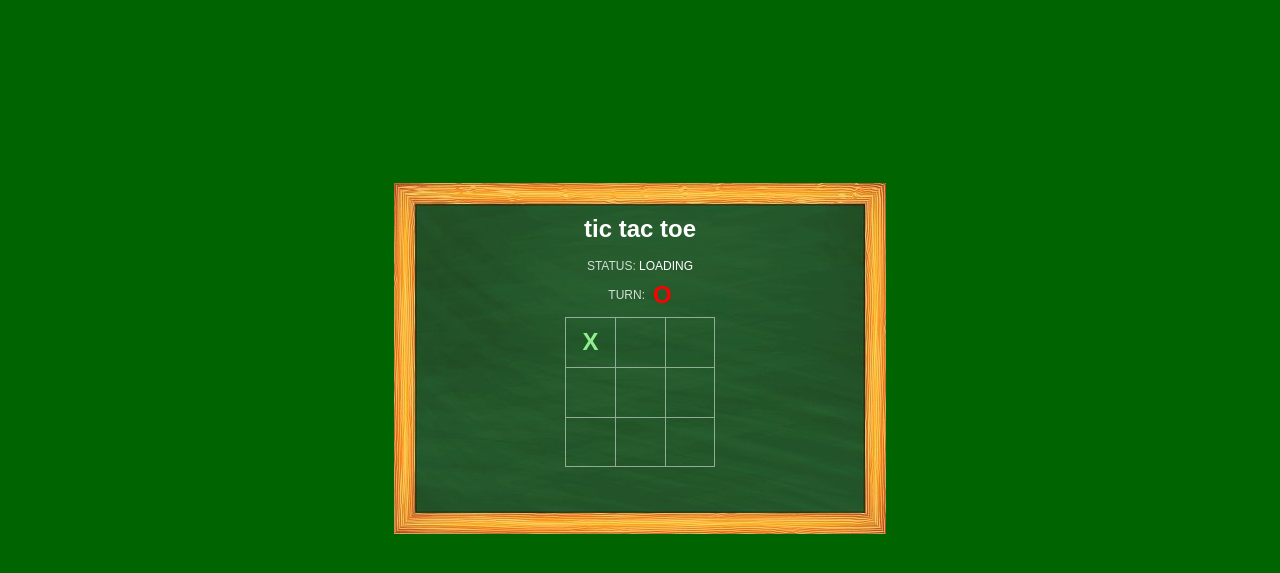
Repository: khuong30082000/tic-tac-toe-js
Page: index.html
These files come from the project's save history. The page is drawn as it stood at one moment and after the next save; the edit follows.
The browser window is 1280 px wide. The pictures show the whole page.
After loading, the first visible `li` was clicked once.

Above is the page before, as saved 2022-05-21 14:48:46.

### index.html
<!DOCTYPE html>
<html lang="en">

<head>
  <meta charset="UTF-8" />
  <meta name="viewport" content="width=device-width, initial-scale=1.0" />
  <meta http-equiv="X-UA-Compatible" content="ie=edge" />
  <title>tic tac toe game | Easy Frontend</title>

  <link rel="stylesheet" href="css/style.css" />
</head>

<body>
  <section class="game-page">
    <div class="game">
      <div class="chalk-board">
        <img src="images/chalk-board-bg.jpg" alt="Chalk board" />
      </div>

      <div class="overlay-content">
        <h1>tic tac toe</h1>

        <p class="game-status">
          Status: <span id="gameStatus">LOADING</span>
        </p>

        <div class="game-details">
          <p class="current-turn">
            <span>TURN: </span>
            <span id="currentTurn" class="cross"></span>
          </p>
        </div>

        <div class="game-board">
          <ul id="cellList" class="board-cells-list">
            <li></li>
            <li></li>
            <li></li>
            <li></li>
            <li></li>
            <li></li>
            <li></li>
            <li></li>
            <li></li>
          </ul>
        </div>

        <div class="game-replay">
          <button id="replayGame">Replay</button>
        </div>
      </div>
    </div>
  </section>

  <script type="module" src="js/main.js"></script>
</body>

</html>

### css/style.css
* {
  padding: 0;
  margin: 0;
  box-sizing: border-box;
}

body {
  font-size: 16px;
  font-family: "Poppins", sans-serif;
}

ul {
  list-style-type: none;
}

/* Game styles */
.game-page {
  display: flex;
  flex-flow: row nowrap;
  justify-content: center;
  align-items: center;

  padding: 1rem;
  min-height: 100vh;
  background: darkgreen;
}

.game {
  position: relative;
  display: inline-block;
  color: white;
  text-align: center;
}

.game .chalk-board > img {
  width: 100%;
}

.game .overlay-content {
  position: absolute;
  top: 0;
  left: 0;
  width: 100%;
  height: 100%;
  padding: 32px;
}

.game .game-details {
  margin-top: 8px;
}

.game .board-cells-list {
  display: flex;
  flex-flow: row wrap;
  margin: 8px auto 0 auto;
  width: 150px;
}

/* Board cell */
.game .board-cells-list > li {
  position: relative;
  width: 33.333333%;
  height: 50px;
  border: 1px solid rgba(255, 255, 255, 0.5);
}

.game .board-cells-list > li.win {
  background: rgba(255, 255, 255, 0.1);
}

/* Add hover effect on cell hover */
.game .board-cells-list > li:hover {
  cursor: pointer;
  background: rgba(255, 255, 255, 0.1);
}

/* Remove hover effect if cell already clicked */
.game .board-cells-list > li:hover.cross,
.game .board-cells-list > li:hover.circle {
  background: transparent;
  cursor: default;
}

.game .board-cells-list > li:not(:nth-child(3n)) {
  border-right: none;
}

.game .board-cells-list > li:nth-child(-n + 6) {
  border-bottom: none;
}

.game .board-cells-list > li.cross::before,
.game .board-cells-list > li.circle::before {
  display: flex;
  align-items: center;
  justify-content: center;

  width: 100%;
  height: 100%;

  font-size: 1.5rem;
  font-weight: bold;
}

.game .game-details .current-turn {
  display: flex;
  flex-flow: row wrap;
  justify-content: center;
  align-items: center;
}

.game .game-details .current-turn .cross::before,
.game .game-details .current-turn .circle::before {
  display: inline-block;
  margin-left: 0.5rem;
  font-size: 1.5rem;
  font-weight: bold;
}

.game .board-cells-list > li.cross::before,
.game .game-details .current-turn .cross::before {
  content: "X";
  color: lightgreen;
}

.game .board-cells-list > li.circle::before,
.game .game-details .current-turn .circle::before {
  content: "O";
  color: red;
}

.current-turn {
  color: rgba(255, 255, 255, 0.8);
  font-size: 12px;
  text-transform: uppercase;
}

.game-status {
  margin: 16px 0 8px 0;
  color: rgba(255, 255, 255, 0.8);
  font-size: 12px;
  text-transform: uppercase;
}

.game-status > span {
  color: white;
}

.game-replay {
  margin-top: 8px;
}

.game-replay > button {
  display: none;
}

.game-replay > button.show {
  display: inline-block;
}

.game-replay > button {
  border: none;
  box-shadow: none;
  background: white;
  border-radius: 4px;
  padding: 8px 16px;
  font-weight: bold;
  margin-top: 4px;
  cursor: pointer;
}

### js/main.js
import { getCellElementList, getCurrentTurnElement } from './selectors.js';
import { TURN } from './constants.js';

/**
 * Global variables
 */
let currentTurn = TURN.CROSS;
let isGameEnded = false;
let cellValues = new Array(9).fill('');

function toggleTurn() {
  currentTurn = currentTurn === TURN.CIRCLE ? TURN.CROSS : TURN.CIRCLE;
  const currentTurnElm = getCurrentTurnElement();
  if (currentTurnElm) {
    currentTurnElm.classList.remove(TURN.CROSS, TURN.CIRCLE);
    currentTurnElm.classList.add(currentTurn);
  }
}

function handleCellClick(liElement, index) {
  //set selected cell
  liElement.classList.add(currentTurn);
  //toggle turn
  toggleTurn();
}

function innitCellElementList() {
  const cellElmLists = getCellElementList();
  cellElmLists.forEach((cell, idx) => {
    cell.addEventListener('click', () => {
      handleCellClick(cell, idx);
    });
  });
}
/**
 * TODOs
 *
 * 1. Bind click event for all cells
 * 2. On cell click, do the following:
 *    - Toggle current turn
 *    - Mark current turn to the selected cell
 *    - Check game state: win, ended or playing
 *    - If game is win, highlight win cells
 *    - Not allow to re-click the cell having value.
 *
 * 3. If game is win or ended --> show replay button.
 * 4. On replay button click --> reset game to play again.
 *
 */

// innitCellElementList();

(() => {
  innitCellElementList();
})();

### js/selectors.js
// Implement selector function to get elements needed
// 1. Cell List
// 2. Current Turn
// 3. Replay Game
// 4. Game status
export function getCellElementList() {
  return document.querySelectorAll("#cellList > li");
}
export function getCurrentTurnElement() {
  return document.getElementById("currentTurn");
}
export function getCellElementAtIdx(idx) {
  return document.querySelector(`#cellList > li:nth-child${idx + 1}`);
}
export function getGameStatusElement() {
  return document.getElementById("gameStatus");
}

### js/constants.js
export const TURN = {
  CROSS: 'cross',
  CIRCLE: 'circle',
};

export const CELL_VALUE = {
  CROSS: 'X',
  CIRCLE: 'O',
  WIN: 'win',
};

export const GAME_STATUS = {
  PLAYING: 'PLAYING',
  ENDED: 'END GAME',
  X_WIN: 'X',
  O_WIN: 'O',
};

After the next save:
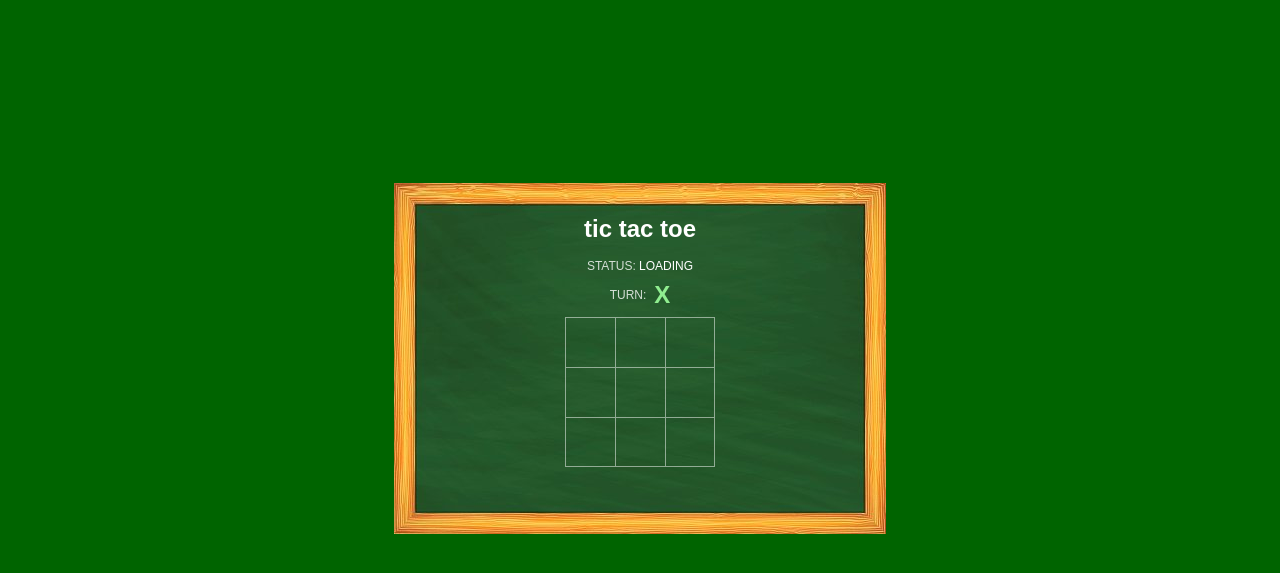
Console error: TypeError: Failed to execute 'contains' on 'Node': parameter 1 is not of type 'Node'.
Saved 21 min 48 s later.
--- a/js/main.js
+++ b/js/main.js
@@ -18,6 +18,7 @@
 }
 
 function handleCellClick(liElement, index) {
+  const isClicked = liElement.contains(TURN.CROSS) || liElement.contains(TURN.CIRCLE);
   //set selected cell
   liElement.classList.add(currentTurn);
   //toggle turn

After the 6 saves that followed:
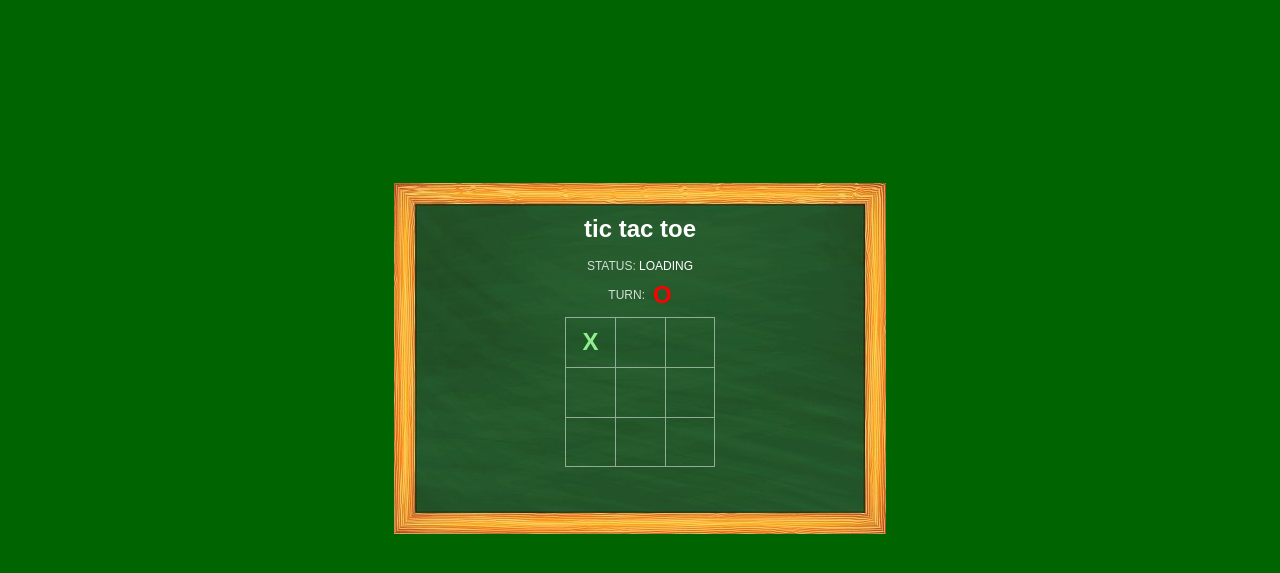
The error is gone.
The 6 saves are shown as one change because 5 left the picture as it was.
The last was saved 2 min 48 s later.
--- a/js/main.js
+++ b/js/main.js
@@ -18,7 +18,8 @@
 }
 
 function handleCellClick(liElement, index) {
-  const isClicked = liElement.contains(TURN.CROSS) || liElement.contains(TURN.CIRCLE);
+  // const isClicked = liElement.contains(TURN.CROSS) || liElement.contains(TURN.CIRCLE);
+  // if (isClicked) return;
   //set selected cell
   liElement.classList.add(currentTurn);
   //toggle turn
@@ -28,9 +29,7 @@
 function innitCellElementList() {
   const cellElmLists = getCellElementList();
   cellElmLists.forEach((cell, idx) => {
-    cell.addEventListener('click', () => {
-      handleCellClick(cell, idx);
-    });
+    cell.addEventListener('click', () => handleCellClick(cell, idx));
   });
 }
 /**
